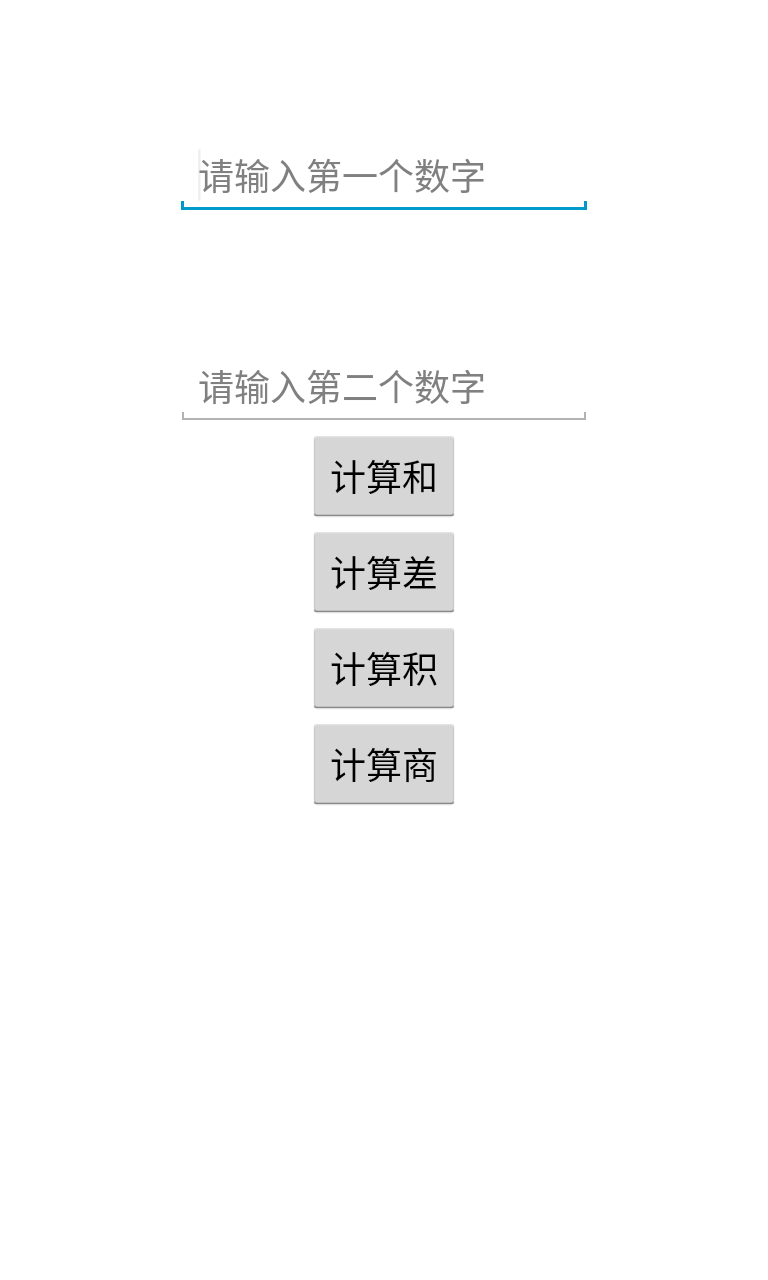
Repository: KungW/windows_learn_java_track
Layout: Caculator/res/layout/activity_main.xml
These files come from the project's save history. The layout is drawn as it stood at one moment and after the next save; the edit follows.
It is drawn on a 768 x 1280 px phone screen (xhdpi) without system bars, with theme AppTheme; the app's code is not run.

Above is the layout before, as saved 2016-10-14 07:38:16.

### Caculator/res/layout/activity_main.xml
<RelativeLayout xmlns:android="http://schemas.android.com/apk/res/android"
    xmlns:tools="http://schemas.android.com/tools"
    android:layout_width="match_parent"
    android:layout_height="wrap_content"
    android:paddingBottom="@dimen/activity_vertical_margin"
    android:paddingLeft="@dimen/activity_horizontal_margin"
    android:paddingRight="@dimen/activity_horizontal_margin"
    android:paddingTop="@dimen/activity_vertical_margin"
    tools:context=".MainActivity" >

    <EditText
        android:id="@+id/editText2"
        android:layout_width="wrap_content"
        android:layout_height="wrap_content"
        android:layout_alignLeft="@+id/editText1"
        android:layout_below="@+id/editText1"
        android:layout_marginTop="64dp"
        android:hint="请输入第二个数字"
        android:ems="10" />

    <Button
        android:id="@+id/button1"
        android:layout_width="wrap_content"
        android:layout_height="wrap_content"
        android:layout_below="@+id/editText2"
        android:layout_centerHorizontal="true"
        android:text="计算和" />
    <Button
        android:id="@+id/button2"
        android:layout_width="wrap_content"
        android:layout_height="wrap_content"
        android:layout_below="@id/button1"
        android:layout_centerHorizontal="true"
        android:text="计算差" />
    <Button
        android:id="@+id/button3"
        android:layout_width="wrap_content"
        android:layout_height="wrap_content"
        android:layout_below="@id/button2"
        android:layout_centerHorizontal="true"
        android:text="计算积" />
    <Button
        android:id="@+id/button4"
        android:layout_width="wrap_content"
        android:layout_height="wrap_content"
        android:layout_below="@id/button3"
        android:layout_centerHorizontal="true"
        android:text="计算商" />

    <TextView
        android:id="@+id/textView1"
        android:layout_width="wrap_content"
        android:layout_height="wrap_content"
        android:layout_alignParentLeft="true"
        android:layout_alignParentRight="true"
        android:layout_below="@+id/button1"
        android:layout_marginTop="41dp"
        android:textAppearance="?android:attr/textAppearanceLarge" />

    <EditText
        android:id="@+id/editText1"
        android:layout_width="wrap_content"
        android:layout_height="wrap_content"
        android:layout_alignParentTop="true"
        android:layout_centerHorizontal="true"
        android:layout_marginTop="51dp"
        android:ems="10"
        android:hint="请输入第一个数字" >

        <requestFocus />
    </EditText>

</RelativeLayout>

Loaded but not shown: Caculator/res/values/styles.xml (common file); Caculator/res/values-v11/styles.xml (common file); Caculator/res/values-v14/styles.xml (common file); Caculator/res/values/dimens.xml (common file)

After the next save:
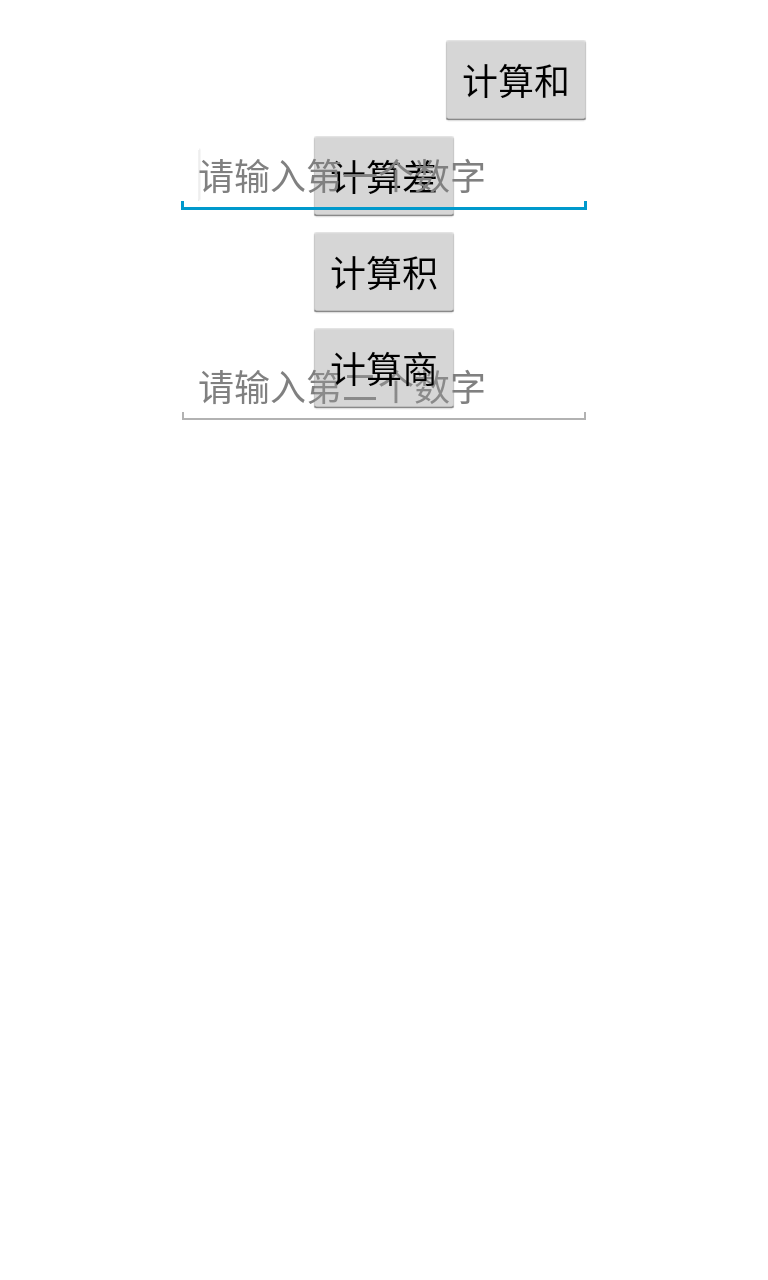
Saved 85 s later.
--- a/Caculator/res/layout/activity_main.xml
+++ b/Caculator/res/layout/activity_main.xml
@@ -22,7 +22,7 @@
         android:id="@+id/button1"
         android:layout_width="wrap_content"
         android:layout_height="wrap_content"
-        android:layout_below="@+id/editText2"
+        android:layout_alignRight="@+id/editText2"
         android:layout_centerHorizontal="true"
         android:text="计算和" />
     <Button
